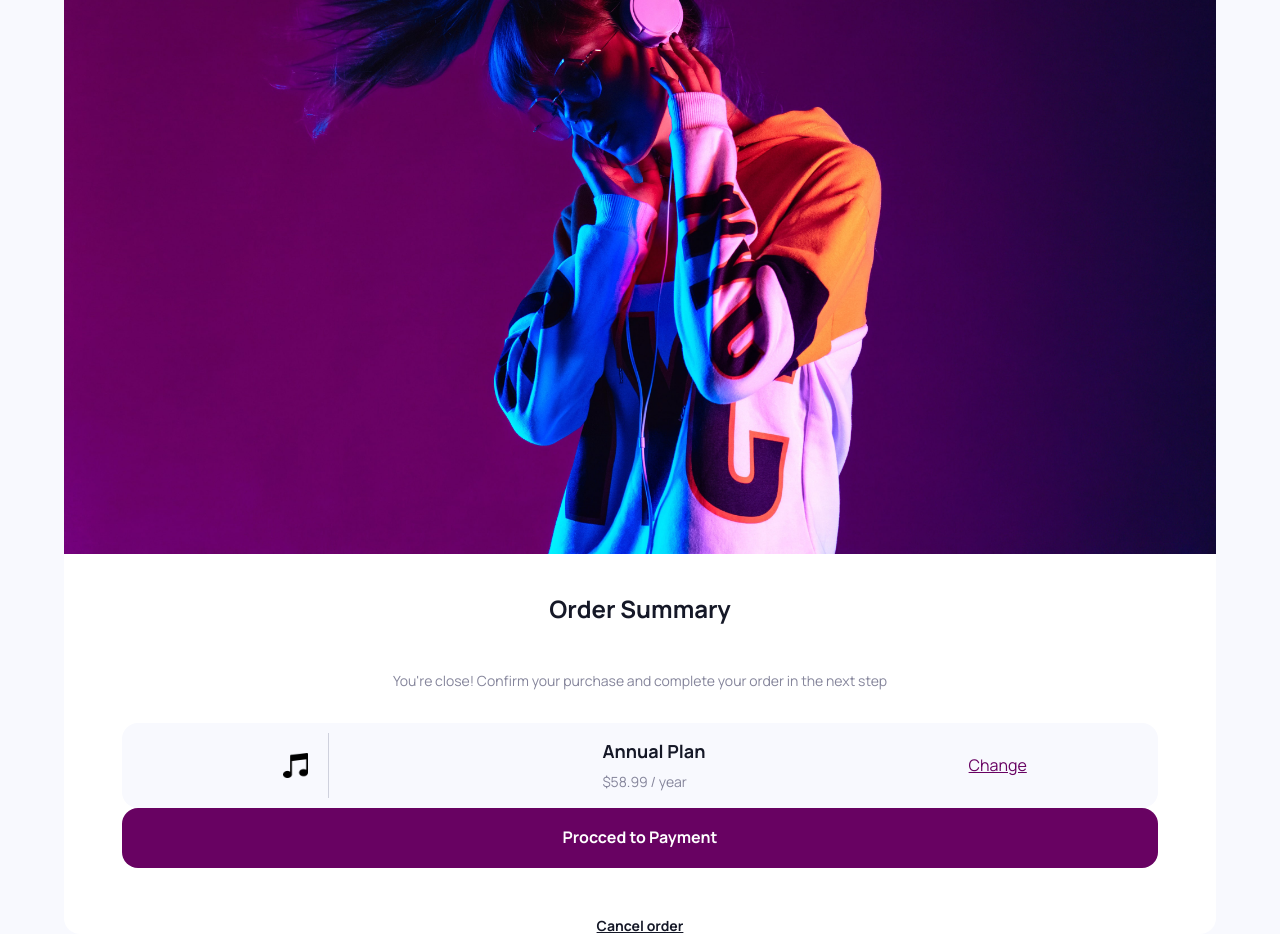
Repository: ssynowiec/INVO-Academy-solution
Page: /
An editor plug-in stored every save of this project. The page is shown before and after the next save, followed by the edit.
The browser window is 1280 px wide. The pictures show the whole page.
The project was rebuilt for these pictures with package versions that can differ from the ones it lists, and the page was loaded fresh each time.

Above is the page before, as saved 2023-03-04 20:17:32.

After the next save:
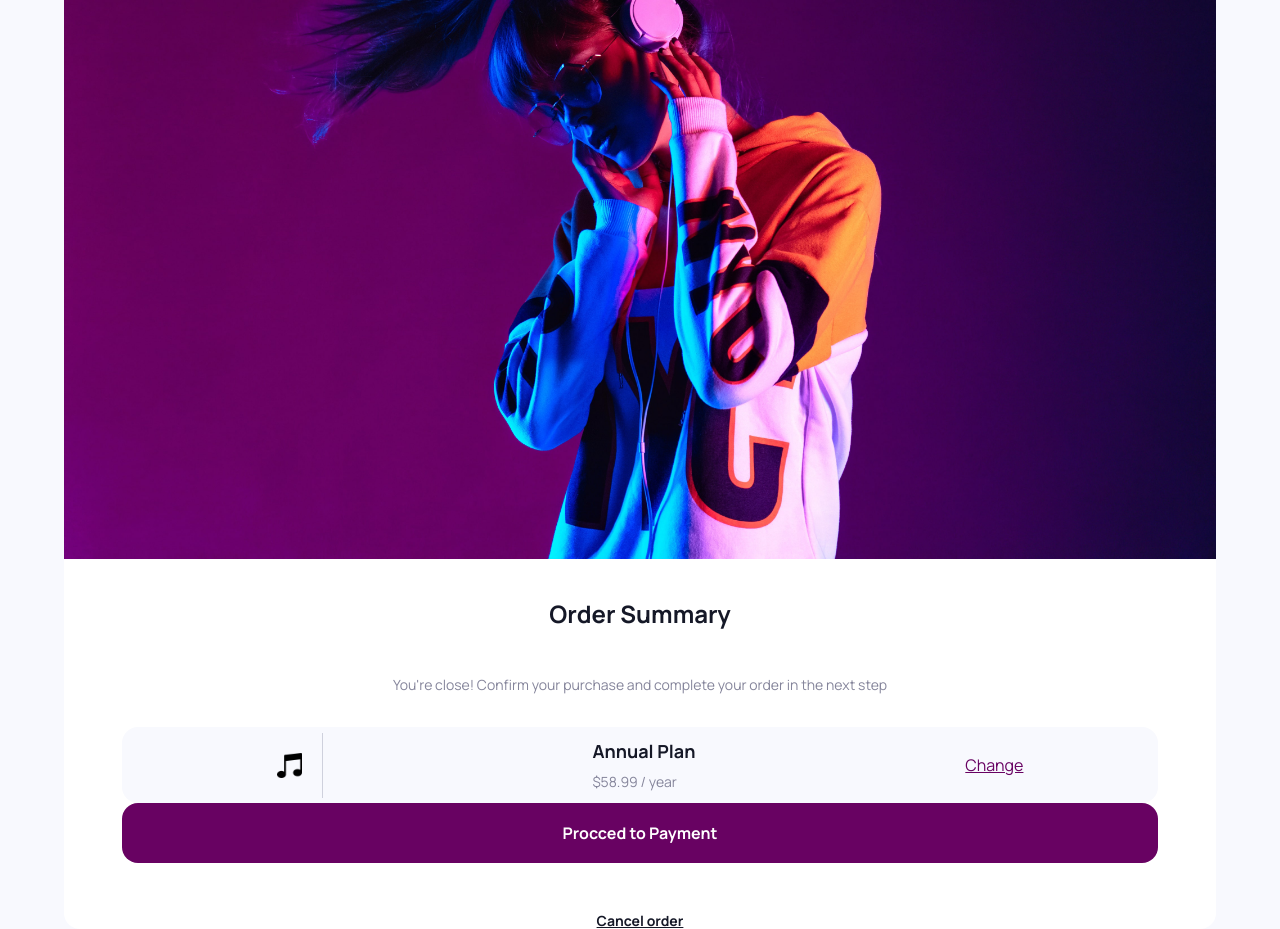
Saved 12 s later.
--- a/src/pages/home-page/styles/home-page.scss
+++ b/src/pages/home-page/styles/home-page.scss
@@ -49,7 +49,7 @@
 	&-icon {
 		width: 25px;
 		height: 25px;
-		margin: 10px;
+		// margin: 10px;
 		padding: 20px;
 		border-right: 1px solid var(--color-stroke);
 	}
